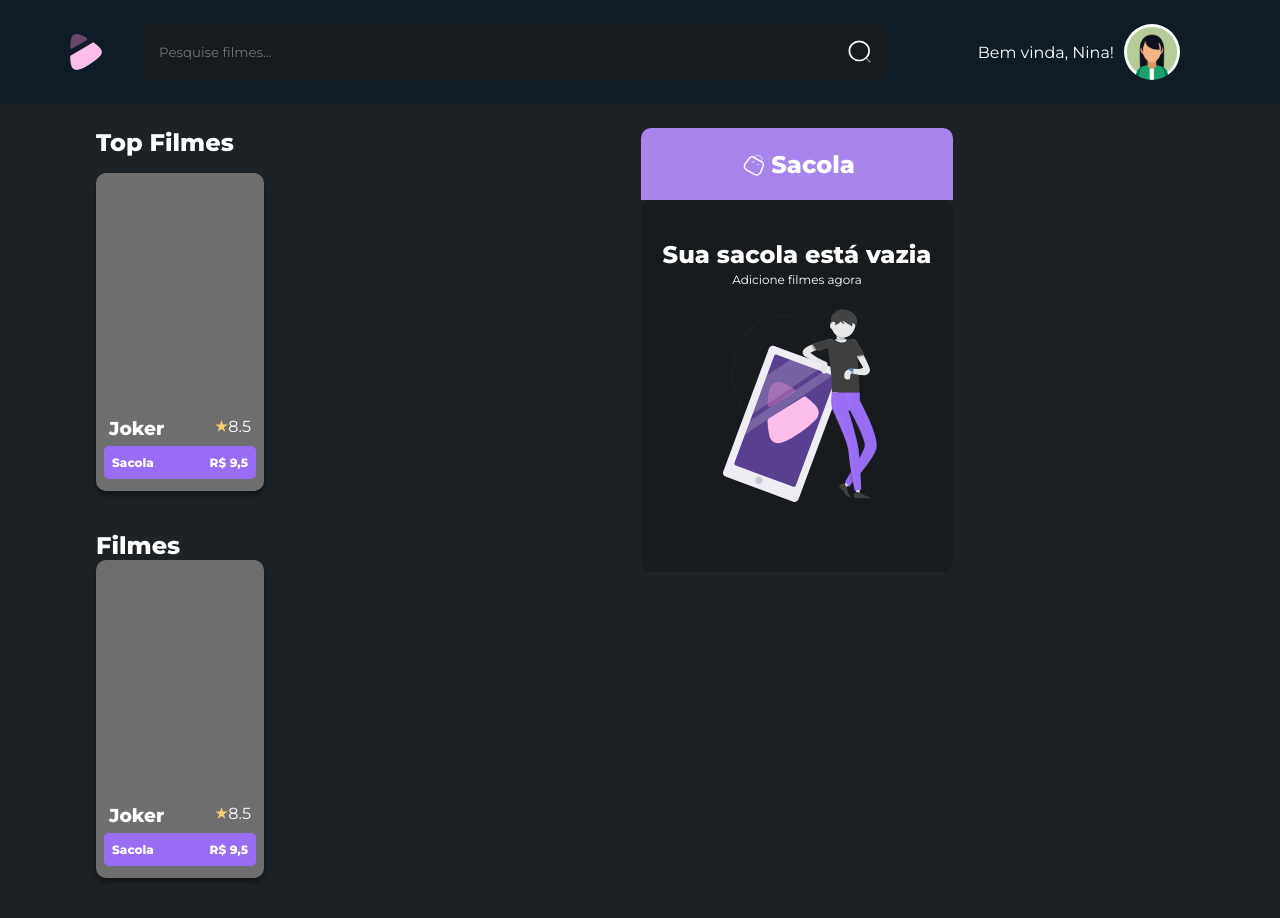
Repository: MilenaMelo/Cubos-Flix
Page: / (app in cubos-flix/)
The author's editor kept a copy of each file at every save. The page is drawn from the files as they stood at one save, then again after the next save.
The browser window is 1280 px wide. The pictures show the whole page.
Pictures or frames that could not be fetched are drawn as grey boxes. The project was rebuilt for these pictures with package versions that can differ from the ones it lists, and the page was loaded fresh each time.

Above is the page before, as saved 2021-06-19 17:38:06.

After the next save:
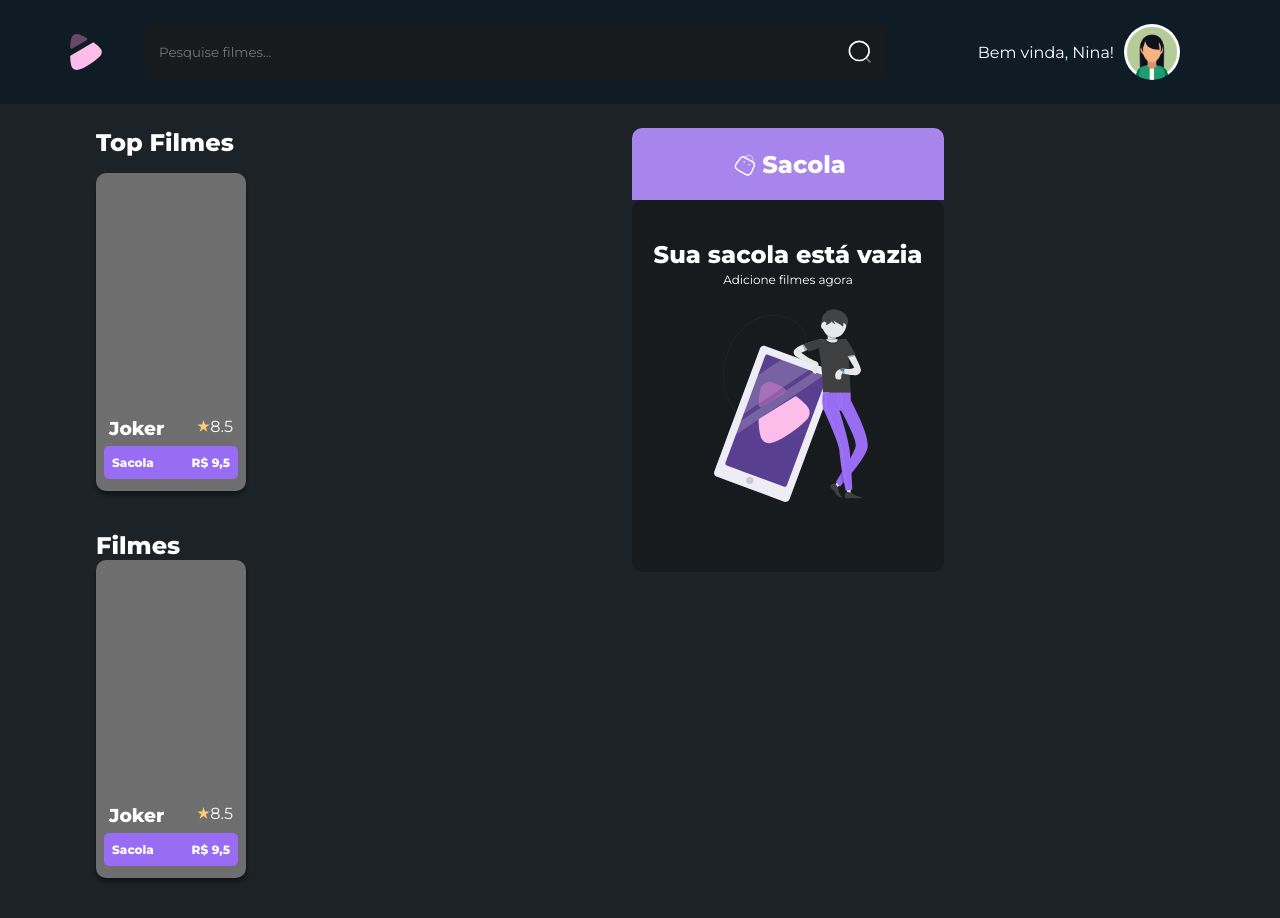
Saved 12 s later.
--- a/cubos-flix/src/App.css
+++ b/cubos-flix/src/App.css
@@ -47,7 +47,7 @@
 .movie-grid {
     max-width: 940px;
     display: grid;
-    grid-template-columns: repeat(auto-fit,168px);
+    grid-template-columns: repeat(auto-fit,150px);
     gap: 24px;
 }
 

After the save that followed:
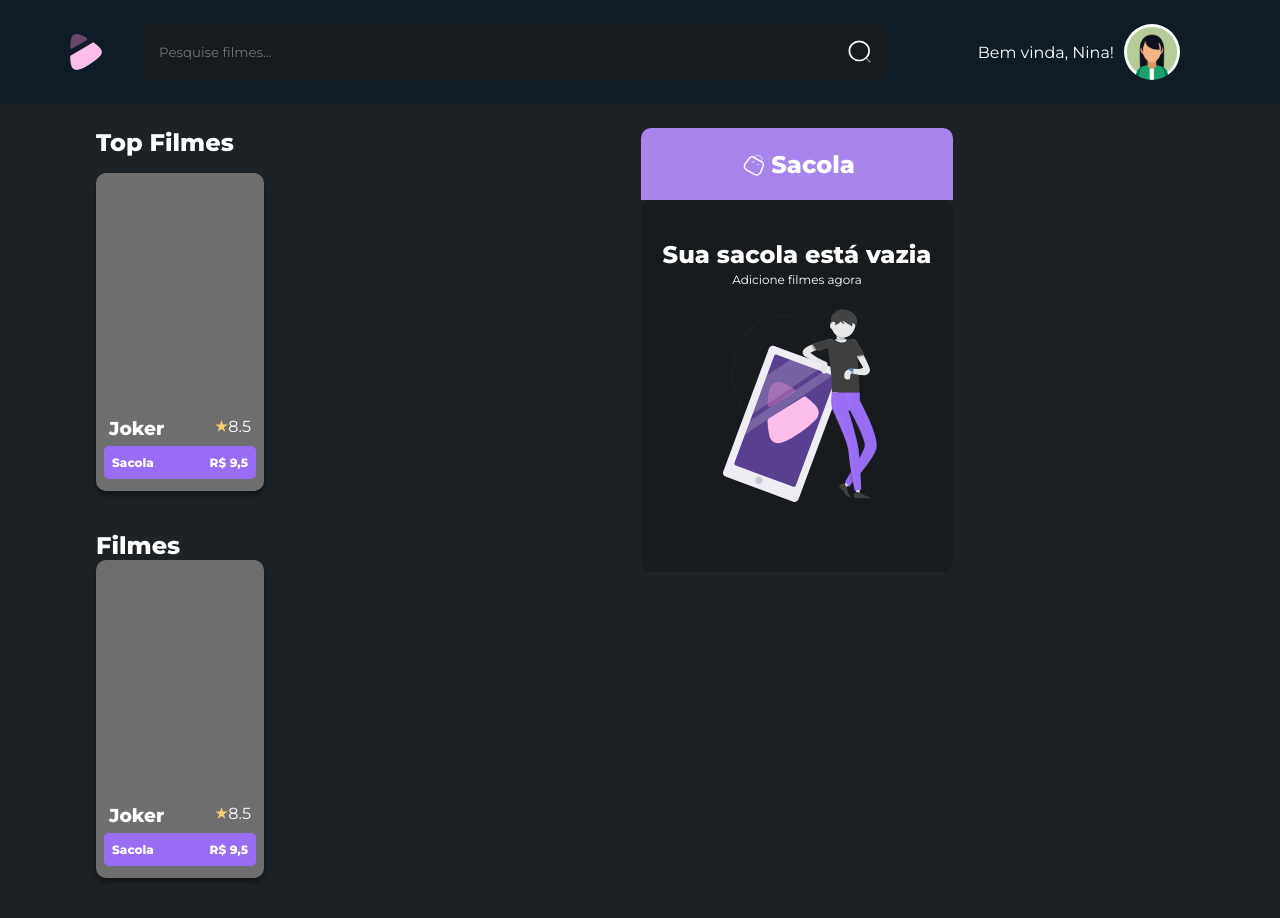
Saved 4 s later.
--- a/cubos-flix/src/App.css
+++ b/cubos-flix/src/App.css
@@ -47,7 +47,7 @@
 .movie-grid {
     max-width: 940px;
     display: grid;
-    grid-template-columns: repeat(auto-fit,150px);
+    grid-template-columns: repeat(auto-fit,168px);
     gap: 24px;
 }
 
